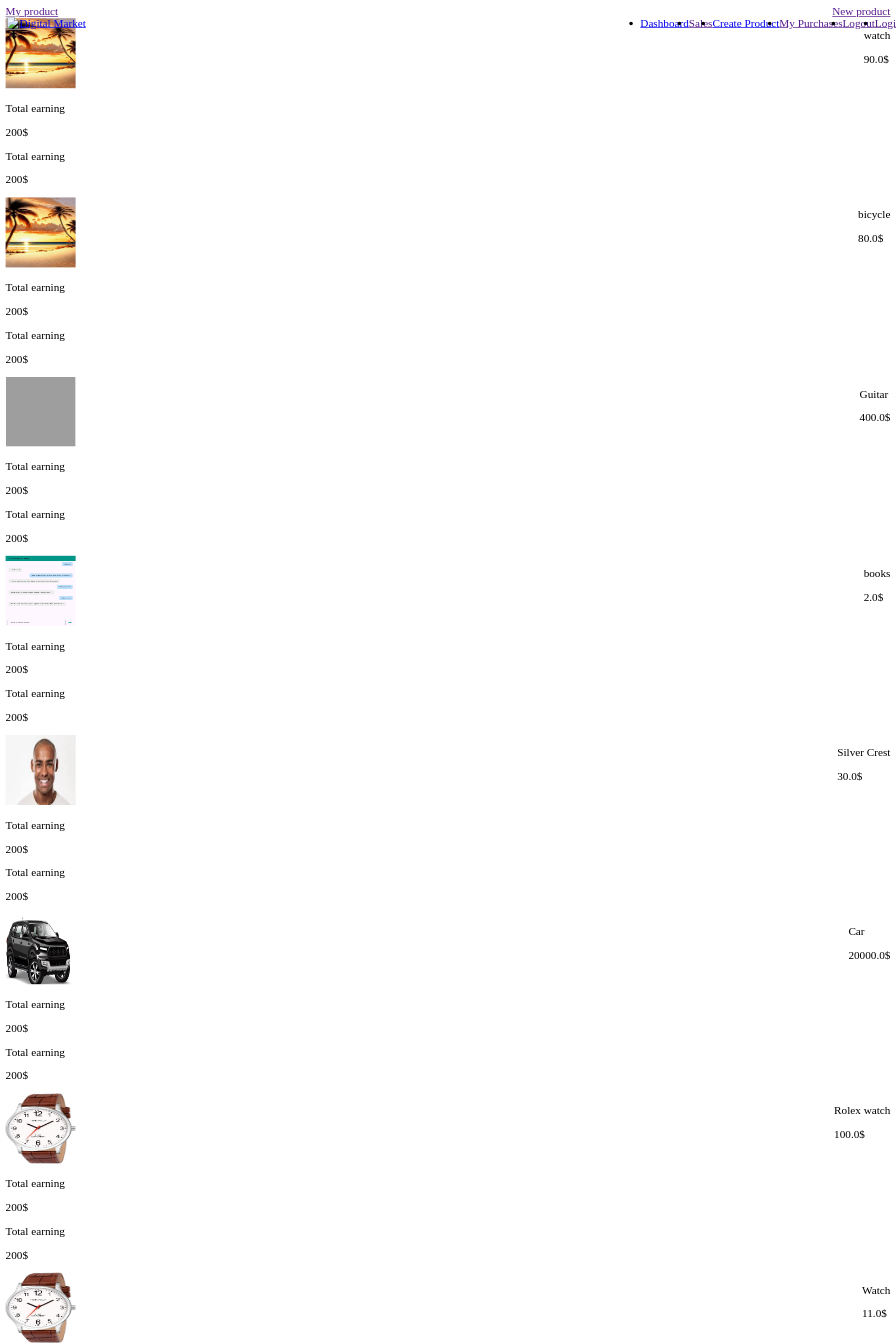
Repository: Zedestar/DigitalMarket_django
Page: http://localhost/dashboard/
These files come from the project's save history. The page is drawn as it stood at one moment and after the next save; the edit follows.
The browser window is 1280 px wide. The pictures show the part of the page from y = 0 to 1920 px (the page is 2166 px tall before and 2710 px after), at 70% of full size.
Pictures or frames that could not be fetched are drawn as grey boxes. The page is served by the project's application, run on Django 5.2 (manage.py). Other server files are loaded and not shown. Style sheets and scripts are compiled from the project's sources, by tool versions that may differ from the author's. The page reads the database file committed with the project.

Above is the page before, as saved 2025-03-28 16:35:08.

### myapp/templates/myapp/dashboard.html
{% extends 'base.html' %}
{% block body %}
    <div class="m-4">
        <div class="flex justify-between shadow-sm py-4">
            <a href="" class="text-lg font-bold">My product</a>
            <div class="bg-green-600">
                <a href="" class="font-bold text-lg text-white p-8">New product</a>
            </div>
        </div>
    </div>
    <div class="m-5">
        {% for product in products %}
            <div class="shadow-sm m-2 p-2">
                <div class="flex justify-between">
                    <div class="w-36 h-36">
                        <img src="{{ product.photo.url }}"
                             alt="{{ product.name }}"
                             class="w-42 h-42 object-center"
                             height="100px"
                             width="100px">
                    </div>
                    <div>
                        <p>{{ product.name }}</p>
                        <p>{{ product.price }}$</p>
                    </div>
                </div>
                <div>
                    <p>Total earning</p>
                    <p>200$</p>
                </div>
                <div>
                    <p>Total earning</p>
                    <p>200$</p>
                </div>
                <div></div>
            </div>
        {% endfor %}
    </div>
{% endblock body %}

### templates/base.html
{% load static %}
<!DOCTYPE html>
<html lang="en">
    <head>
        <meta charset="UTF-8">
        <meta name="viewport" content="width=device-width, initial-scale=1.0">
        <meta name="keywords">
        <meta name="description">
        <title>Document</title>
        <link rel="stylesheet" href="{% static 'tailwind/styles.css' %}">
    </head>
    <body class="bg-gray-200 flex flex-col min-h-screen">
        {% include 'partials/navbar.html' %}
        {% if messages %}
            <div id="successModal"
                 class="fixed inset-0 flex items-center justify-center bg-gray-900 bg-opacity-50">
                <div class="bg-white rounded-lg p-6 w-96 shadow-lg">
                    <h2 class="text-lg font-bold text-green-600">Success</h2>
                    <p class="mt-2 text-gray-600">
                        {% for message in messages %}{{ message }}{% endfor %}
                    </p>
                    <button onclick="closeModal()"
                            class="mt-4 bg-green-500 text-white px-4 py-2 rounded hover:bg-green-600">OK</button>
                </div>
            </div>
            <script>
    document.addEventListener("DOMContentLoaded", function () {
        var successModal = document.getElementById("successModal");
        if (successModal) {
            setTimeout(() => {
                successModal.style.display = "none";
            }, 3000); // Auto-hide after 3 seconds
        }
    });

    function closeModal() {
        document.getElementById("successModal").style.display = "none";
    }
            </script>
        {% endif %}
        <main class="flex-1 mt-10">
            {% block body %}
            {% endblock body %}
        </main>
        {% include 'partials/footer.html' %}
    </body>
</html>

### templates/partials/navbar.html
<nav class="fixed top-0 w-full z-10">
    <div class="flex justify-between shadow-lg py-2 text-sm font-medium">
        <a href="{% url 'index_view' %}"
           class="flex items-center justify-center ml-6">
            <img src="" alt="" height="20px" width="20px">
            <span class="mx-2 text-green-600 text-24">Digital Market</span>
        </a>
        <ul class="mr-6 flex">
            <li class="mx-4">
                <a href="{% url 'dashboard' %}">Dashboard</a>
            </li>
            <li class="mx-4">
                <a href="">Sales</a>
            </li>
            <li class="mx-4">
                <a href="{% url 'create_product' %}">Create Product</a>
            </li>
            <li class="mx-4">
                <a href="">My Purchases</a>
            </li>
            <li class="mx-4">
                <a href="">Logout</a>
            </li>
            <li class="mx-4">
                <a href="">Login</a>
            </li>
        </ul>
    </div>
</nav>

### templates/partials/footer.html
<footer class="bg-gray-200 text-black py-1 shadow-lg bottom-0 w-full">
    <div class="container mx-auto text-center">
        <p>&copy; 2023 Digital Market. All rights reserved.</p>
        <ul class="flex justify-center">
            <li class="mx-4">
                <a href="#" class="hover:underline">Privacy Policy</a>
            </li>
            <li class="mx-4">
                <a href="#" class="hover:underline">Terms of Service</a>
            </li>
            <li class="mx-4">
                <a href="#" class="hover:underline">Contact Us</a>
            </li>
        </ul>
    </div>
</footer>

### myapp/models.py
from django.db import models
from django.conf import settings

# Create your models here.


class Category(models.Model):
    name = models.CharField(max_length=100, null=False, blank=False)
    description = models.TextField(null=True, blank=True)

    def __str__(self):
        return self.name



class Product(models.Model):
    name = models.CharField(max_length=100, null=False, blank=False)
    description = models.TextField()
    price = models.FloatField(null=False, blank=False)
    category = models.ForeignKey(Category, blank=False, null=True, on_delete=models.SET_NULL)
    photo = models.ImageField(upload_to='product-photos')
    created_at = models.DateTimeField(auto_now_add=True)
    updated_at = models.DateTimeField(auto_now=True)

    def __str__(self):
        return self.name


class Order(models.Model):
    user = models.ForeignKey(settings.AUTH_USER_MODEL, related_name="orders", on_delete=models.PROTECT)
    created_at = models.DateTimeField(auto_now_add=True)
    updated_at = models.DateTimeField(auto_now=True)
    total_amount = models.FloatField(default=0)
    status = models.CharField(max_length=100, choices=[
        ('Pending', 'Pending'),
        ('Completed', 'Completed'),
        ('Cancelled', 'Cancelled'),
        ], default='Pending')

    def __str__(self):
        return f"{ self.user.username} - {self.total_amount}"



class OrderItem(models.Model):
    order = models.ForeignKey(Order, related_name="items", on_delete=models.CASCADE)
    product = models.ForeignKey(Product, on_delete=models.PROTECT)
    quantity = models.IntegerField(default=1)
    color = models.CharField(max_length=100, choices=[
        ('Red', 'Red'),
        ('Blue', 'Blue'),
        ('Green', 'Green'),
        ('Brown', 'Brown'),

    ],  default='Red')



    def __str__(self):
        return f"Delivery {self.order.user} - {self.status}"

### myapp/views.py
from django.shortcuts import render, redirect
from django.contrib import messages
from .models import Product
from .forms import ProductForm

# Create your views here.


def index(request):
    products = Product.objects.all()
    context = {
        'products' : products
    }
    return render(request, 'myapp/index.html', context=context)


def product_details(request, pk):
    product = Product.objects.get(pk=pk)
    context = {
        'product' : product
    }
    return render(request, 'myapp/product_details.html', context=context)


def create_product(request):
    if request.method == "POST":
        form = ProductForm(request.POST, request.FILES)
        if form.is_valid():
            form.save()
            messages.success(request, "Product created successfully")
            return redirect("index_view")
    else:
        form = ProductForm()
    context = {
        "form" : form,
    }
    return render(request, 'myapp/create_product.html', context=context)


def edit_product(request, pk):
    product_to_edit = Product.objects.get(pk=pk)
    if request.method == "POST":
        form = ProductForm(request.POST, request.FILES, instance=product_to_edit)
        if form.is_valid():
            form.save()
            messages.success(request, "Product updated successfully")
            return redirect("index_view")
        else:
            messages.error(request, f"{form.errors}")
    else:
        form = ProductForm(instance=product_to_edit)
    context = {
        "form":form
    }
    return render(request, 'myapp/edit_product.html', context=context)


def delete_product(request, pk):
    product_to_delete = Product.objects.get(pk=pk)
    context = {
        'product' : product_to_delete
    }
    if request.method == "POST":
        messages.success(request, f"{product_to_delete.name} deleted successfully")
        product_to_delete.delete()
        return redirect("index_view")
    return render(request, 'myapp/delete_product.html', context=context)


def dashboard(request):
    products = Product.objects.all()
    context = {
        "products":products
    }
    return render(request, 'myapp/dashboard.html', context=context)

### DigitalMarket/urls.py
"""
URL configuration for DigitalMarket project.

The `urlpatterns` list routes URLs to views. For more information please see:
    https://docs.djangoproject.com/en/5.1/topics/http/urls/
Examples:
Function views
    1. Add an import:  from my_app import views
    2. Add a URL to urlpatterns:  path('', views.home, name='home')
Class-based views
    1. Add an import:  from other_app.views import Home
    2. Add a URL to urlpatterns:  path('', Home.as_view(), name='home')
Including another URLconf
    1. Import the include() function: from django.urls import include, path
    2. Add a URL to urlpatterns:  path('blog/', include('blog.urls'))
"""
from django.contrib import admin
from django.urls import path, include
from django.conf import settings
from django.conf.urls.static import static

urlpatterns = [
    path('admin/', admin.site.urls),
    path('', include('myapp.urls')),
]

urlpatterns += static(settings.MEDIA_URL, document_root=settings.MEDIA_ROOT)

### myapp/urls.py
from .  import views
from django.urls import path

urlpatterns = [
    path('', views.index, name='index_view'),
    path('product_details/<str:pk>/', views.product_details, name='product_details'),
    path('create_product', views.create_product, name='create_product'),
    path('edit_product/<str:pk>/', views.edit_product, name='edit_product'),
    path('delete_product/<str:pk>/', views.delete_product, name='delete_product'),
    path('dashboard/', views.dashboard, name='dashboard'),
]

### db.sqlite3 (the tables this page reads, as SQL)
CREATE TABLE "myapp_product" ("id" integer NOT NULL PRIMARY KEY AUTOINCREMENT, "name" varchar(100) NOT NULL, "description" text NOT NULL, "price" real NOT NULL, "created_at" datetime NOT NULL, "updated_at" datetime NOT NULL, "photo" varchar(100) NOT NULL, "category_id" bigint NULL REFERENCES "myapp_category" ("id") DEFERRABLE INITIALLY DEFERRED);
INSERT INTO "myapp_product" VALUES
(5, 'watch', 'This is german watch', 90.0, '2025-03-19 15:09:57.364696', '2025-03-19 15:09:57.364696', 'product-photos/wallpaper_T6tvKyB.jpg', NULL),
(6, 'bicycle', 'THis is electric bucycle', 80.0, '2025-03-19 15:11:28.591059', '2025-03-19 15:11:28.591059', 'product-photos/wallpaper_3pVK7fH.jpg', NULL),
(7, 'Guitar', 'This is electric guiatar made with steal', 400.0, '2025-03-19 15:36:16.491002', '2025-03-19 15:36:16.496000', 'product-photos/zedddy.jpg', NULL),
(8, 'books', 'Made in China', 2.0, '2025-03-19 17:16:41.118921', '2025-03-19 17:16:41.118921', 'product-photos/tempFileForShare_20250207-083344.jpg', NULL),
(9, 'Silver Crest', 'Heavy duty', 30.0, '2025-03-19 17:18:02.422139', '2025-03-19 17:18:02.422139', 'product-photos/african_men.jpg', NULL),
(11, 'Car', 'Best self car', 20000.0, '2025-03-28 05:17:11.976292', '2025-03-28 05:17:11.976292', 'product-photos/Carrr.png', 1),
(12, 'Rolex watch', 'Water proof watch', 100.0, '2025-03-28 05:26:45.633340', '2025-03-28 05:26:45.633340', 'product-photos/watch.jpg', 2),
(13, 'Watch', 'This is the form resulted after edited', 11.0, '2025-03-28 05:38:41.486585', '2025-03-28 07:27:57.234266', 'product-photos/watch_FlOU8Bs.jpg', 2);

Loaded but not shown: static/tailwind/tailwindClasses.css (common file)

After the next save:
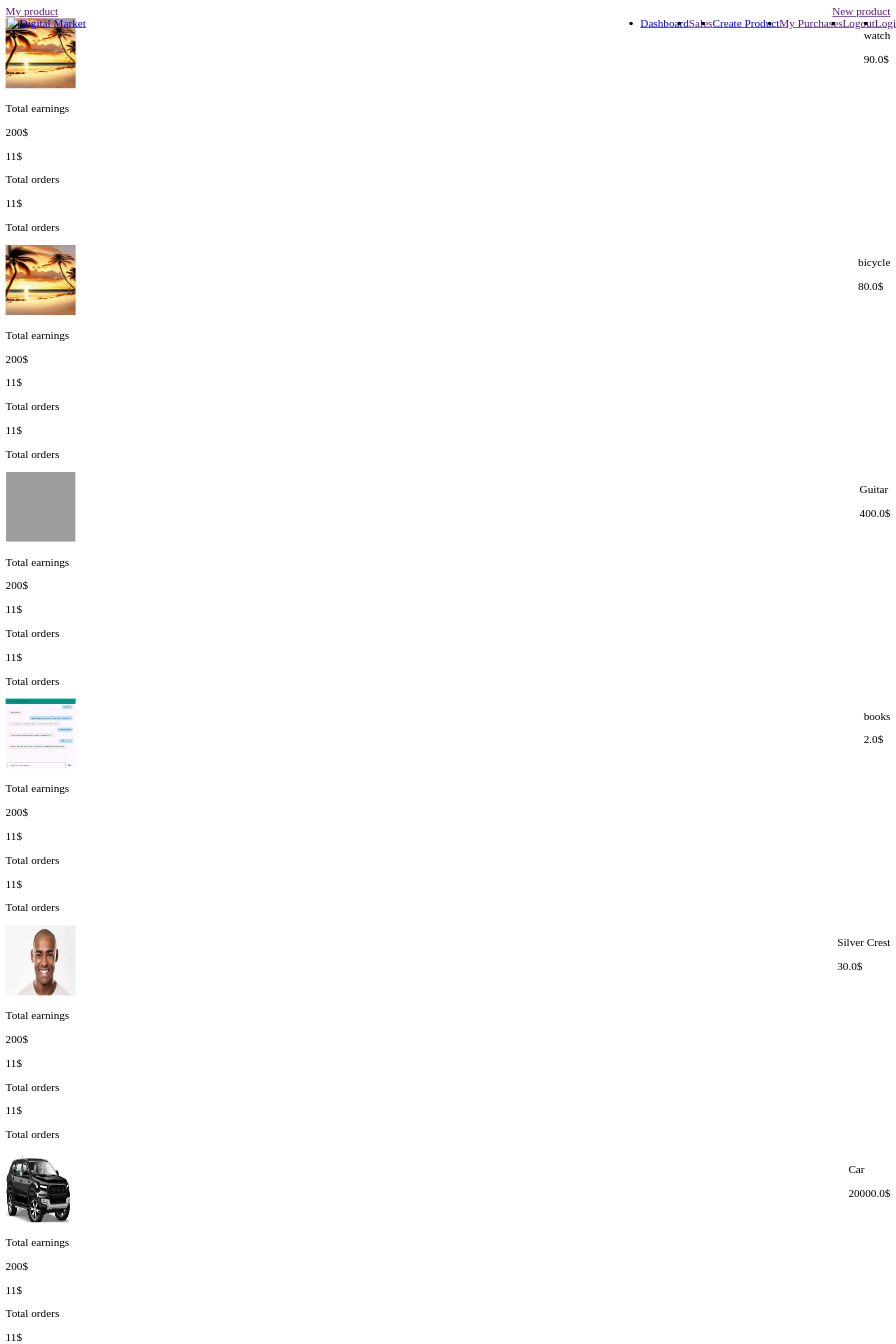
Saved 47 s later.
--- a/myapp/templates/myapp/dashboard.html
+++ b/myapp/templates/myapp/dashboard.html
@@ -25,14 +25,17 @@
                     </div>
                 </div>
                 <div>
-                    <p>Total earning</p>
+                    <p>Total earnings</p>
                     <p>200$</p>
                 </div>
                 <div>
-                    <p>Total earning</p>
-                    <p>200$</p>
+                    <p>11$</p>
+                    <p>Total orders</p>
                 </div>
-                <div></div>
+                <div>
+                    <p>11$</p>
+                    <p>Total orders</p>
+                </div>
             </div>
         {% endfor %}
     </div>
